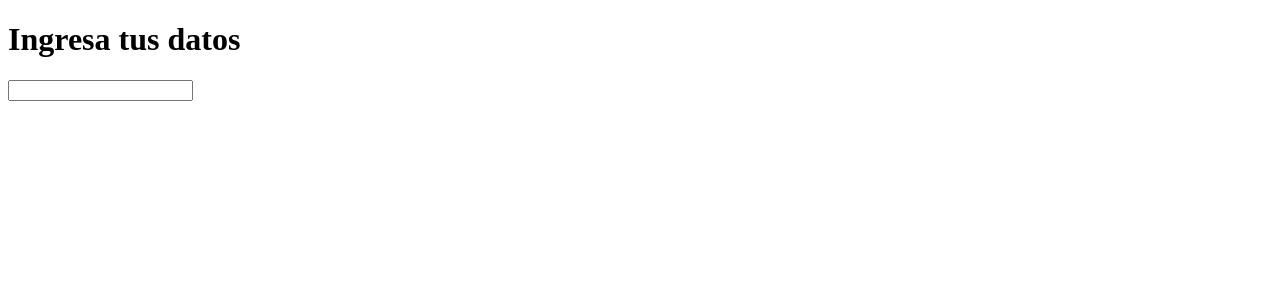
Repository: NighelG/Proyecto-de-verificacion-de-asistencia
Page: ProyectoAsistencia/public/pages/registro.html
An editor plug-in stored every save of this project. The page is shown before and after a run of saves, followed by the edit.
The browser window is 1280 px wide. The pictures show the whole page.

Above is the page before, as saved 2025-08-26 15:38:58.

After the next 7 saves:
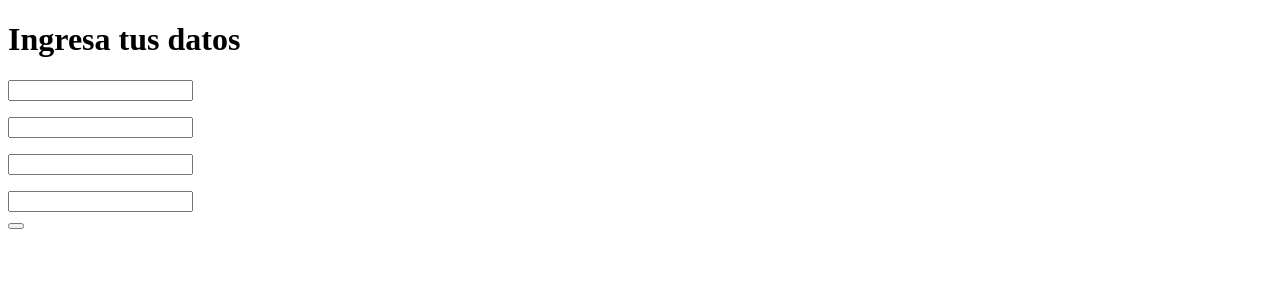
The 7 saves are shown as one change because they came seconds apart.
The last was saved 22 s later.
--- a/ProyectoAsistencia/public/pages/registro.html
+++ b/ProyectoAsistencia/public/pages/registro.html
@@ -12,6 +12,19 @@
             <label for=""></label>
             <input type="text">
             <br>
+            <p></p>
+            <label for=""></label>
+            <input type="text">
+            <br>
+            <p></p>
+            <label for=""></label>
+            <input type="text">
+            <br>
+            <p></p>
+            <label for=""></label>
+            <input type="text">
+            <br>
+            <button></button>
         </div>
 </body>
 </html>
